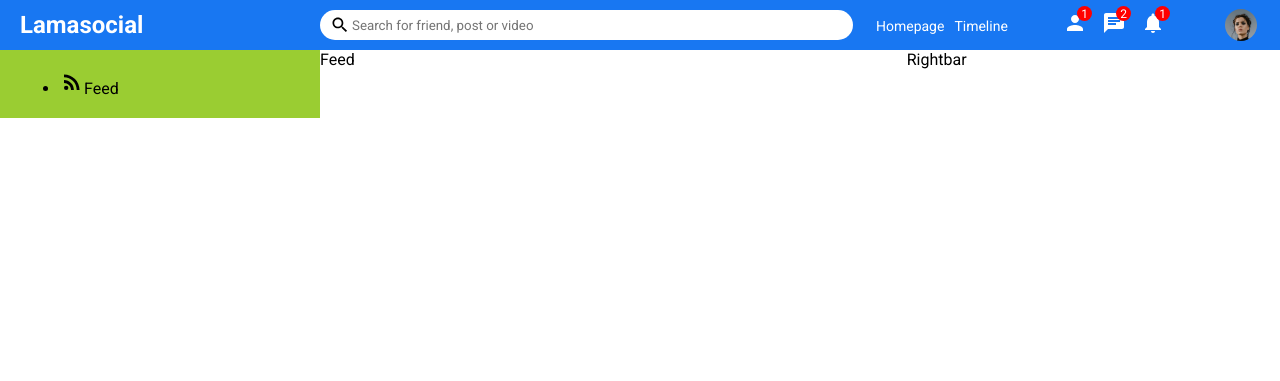
Repository: nazlinres01/react-social
Page: / (app in client/)
These files come from the project's save history. The page is drawn as it stood at one moment and after the next save; the edit follows.
The browser window is 1280 px wide. The pictures show the whole page.
The project was rebuilt for these pictures with package versions that can differ from the ones it lists, and the page was loaded fresh each time.

Above is the page before, as saved 2024-06-11 16:25:19.

### client/public/index.html
<!DOCTYPE html>
<html lang="en">

<head>
  <meta charset="utf-8" />
  <meta name="viewport" content="width=device-width, initial-scale=1" />
  <meta name="description" content="Web site created using create-react-app" />
  <link
    href="https://fonts.googleapis.com/css2?family=Roboto:ital,wght@0,100;0,300;0,400;0,500;0,700;0,900;1,100;1,300;1,400;1,500;1,700;1,900&display=swap"
    rel="stylesheet">
    <link rel="stylesheet" href="style.css">
  <title>Social App</title>
</head>

<body>
  <noscript>You need to enable JavaScript to run this app.</noscript>
  <div id="root"></div>
</body>

</html>

### client/src/App.js
import Home from "./pages/home/Home";

function App() {
  return <Home />
}

export default App;

### client/src/pages/home/Home.jsx
import Feed from "../../components/feed/Feed";
import Rightbar from "../../components/rightbar/Rightbar";
import Sidebar from "../../components/sidebar/Sidebar";
import Topbar from "../../components/topbar/Topbar";
import "./home.css"

export default function Home() {
    return (
        <>
            <Topbar />
            <div className="homeContainer">
                <Sidebar />
                <Feed />
                <Rightbar />

            </div>

        </>
    );
}

### client/src/components/feed/Feed.jsx
import "./feed.css"

export default function Feed() {
    return (
        <div className="feed">
            Feed</div>
    )
}

### client/src/components/rightbar/Rightbar.jsx
import "./rightbar.css"

export default function Rightbar() {
    return (
        <div className="rightbar">
            Rightbar</div>
    )
}

### client/src/components/sidebar/Sidebar.jsx
import "./sidebar.css"
import { RssFeed } from "@material-ui/icons"

export default function Sidebar() {
    return (
        <div className="sidebar">
            <div className="sidebarWrapper">
                <ul className="sidebarList">
                    <li className="sidebarListItem">
                        <RssFeed className="sidebarIcon" />
                        <span className="sidebarListItemText">Feed</span>
                    </li>
                </ul>
            </div>
        </div>
    )
}

### client/src/components/topbar/Topbar.jsx
import "./topbar.css"
import { Search, Person, Chat, Notifications } from "@material-ui/icons"

export default function Topbar() {
  return (
    <div className="topbarContainer">
      <div className="topbarLeft">
        <span className="logo">Lamasocial</span>
      </div>
      <div className="topbarCenter">
        <div className="searchbar">
          <Search className="searchIcon" />
          <input placeholder="Search for friend, post or video" className="searchInput" />
        </div>
      </div>
      <div className="topbarRight">
        <div className="topbarLinks">
          <span className="topbarLink">Homepage</span>
          <span className="topbarLink">Timeline</span>
        </div>
        <div className="topbarIcons">
          <div className="topbarIconItem">
            <Person />
            <span className="topbarIconBadge">1</span>
          </div>
          <div className="topbarIconItem">
            <Chat />
            <span className="topbarIconBadge">2</span>
          </div>
          <div className="topbarIconItem">
            <Notifications />
            <span className="topbarIconBadge">1</span>
          </div>
        </div>
        <img src="/assets/person/1.jpeg" alt="" className="topbarImg" />
      </div>

    </div>
  )
}

### client/src/components/feed/feed.css
.feed {
    flex: 5.5;
}

### client/src/components/rightbar/rightbar.css
.rightbar {
    flex: 3.5;
}

### client/src/components/sidebar/sidebar.css
.sidebar {
    flex: 3;
    height: calc(100vh - 50px);
}

.sidebarWrapper {
    padding: 20px;
    background-color: yellowgreen;
}

### client/src/components/topbar/topbar.css
.topbarContainer {
    height: 50px;
    width: 100%;
    background-color: #1877f2;
    display: flex;
    align-items: center;
    position: sticky;
    top: 0;
}

.topbarLeft {
    flex: 3;
}

.logo {
    font-size: 24px;
    margin-left: 20px;
    font-weight: bold;
    color: white;
    cursor: pointer;
}

.topbarCenter {
    flex: 5;
}

.searchbar {
    width: 100%;
    height: 30px;
    background-color: white;
    border-radius: 30px;
    display: flex;
    align-items: center;
}

.searchIcon {
    font-size: 20px !important;
    margin-left: 10px;
}

.searchInput {
    border: none;
    width: 70%;
}

.searchInput:focus {
    outline: none;
}

.topbarRight {
    flex: 4;
    display: flex;
    align-items: center;
    justify-content: space-around;
    color: white;
}

.topbarLink {
    margin-right: 10px;
    font-size: 14px;
    cursor: pointer;
}

.topbarIcons {
    display: flex;
}

.topbarIconItem {
    margin-right: 15px;
    cursor: pointer;
    position: relative;

}

.topbarIconBadge {
    width: 15px;
    height: 15px;
    background-color: red;
    border-radius: 50%;
    color: white;
    position: absolute;
    top: -5px;
    right: -5px;
    display: flex;
    align-items: center;
    justify-content: center;
    font-size: 12px;
}

.topbarImg {
    width: 32px;
    height: 32px;
    border-radius: 50%;
    object-fit: cover;
    cursor: pointer;
}

Loaded but not shown: client/src/index.js (common file); client/src/pages/home/home.css (common file); client/public/style.css (common file)

After the next save:
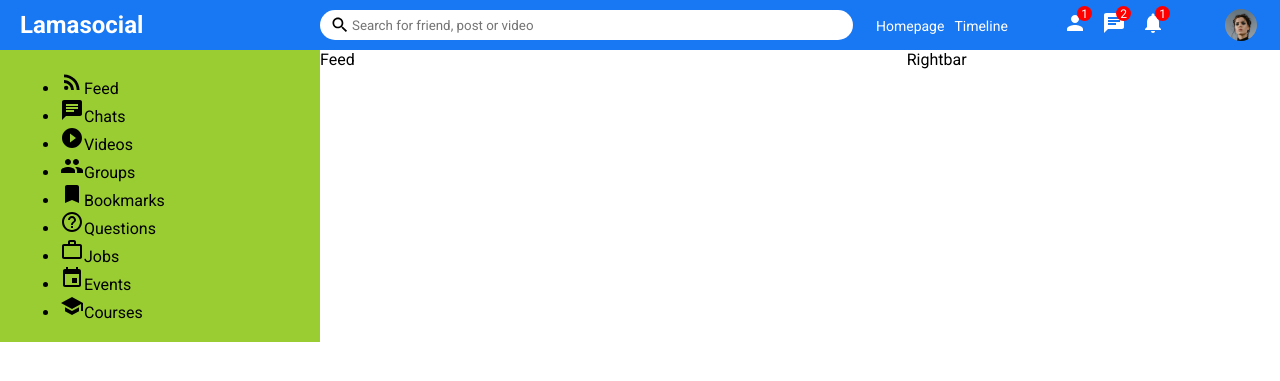
Saved 4 min 42 s later.
--- a/client/src/components/sidebar/Sidebar.jsx
+++ b/client/src/components/sidebar/Sidebar.jsx
@@ -1,5 +1,5 @@
 import "./sidebar.css"
-import { RssFeed } from "@material-ui/icons"
+import { Bookmark, Chat, Event, Group, HelpOutline, PlayCircleFilledOutlined, RssFeed, School, WorkOutline } from "@material-ui/icons"
 
 export default function Sidebar() {
     return (
@@ -10,6 +10,38 @@ export default function Sidebar() {
                         <RssFeed className="sidebarIcon" />
                         <span className="sidebarListItemText">Feed</span>
                     </li>
+                    <li className="sidebarListItem">
+                        <Chat className="sidebarIcon" />
+                        <span className="sidebarListItemText">Chats</span>
+                    </li>
+                    <li className="sidebarListItem">
+                        <PlayCircleFilledOutlined className="sidebarIcon" />
+                        <span className="sidebarListItemText">Videos</span>
+                    </li>
+                    <li className="sidebarListItem">
+                        <Group className="sidebarIcon" />
+                        <span className="sidebarListItemText">Groups</span>
+                    </li>
+                    <li className="sidebarListItem">
+                        <Bookmark className="sidebarIcon" />
+                        <span className="sidebarListItemText">Bookmarks</span>
+                    </li>
+                    <li className="sidebarListItem">
+                        <HelpOutline className="sidebarIcon" />
+                        <span className="sidebarListItemText">Questions</span>
+                    </li>
+                    <li className="sidebarListItem">
+                        <WorkOutline className="sidebarIcon" />
+                        <span className="sidebarListItemText">Jobs</span>
+                    </li>
+                    <li className="sidebarListItem">
+                        <Event className="sidebarIcon" />
+                        <span className="sidebarListItemText">Events</span>
+                    </li>
+                    <li className="sidebarListItem">
+                        <School className="sidebarIcon" />
+                        <span className="sidebarListItemText">Courses</span>
+                    </li>
                 </ul>
             </div>
         </div>
